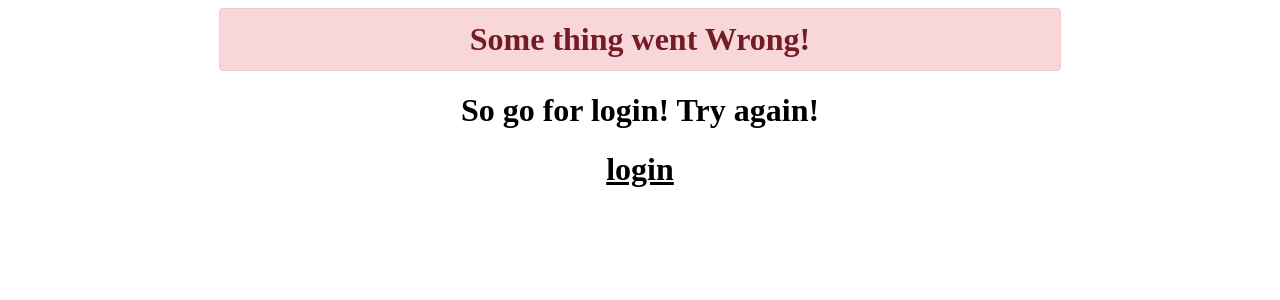
Repository: SavalaramRedkar/SupermarketManagementSystem-Java
Page: http://localhost/Supermarket_Management_System/error.jsp
The author's editor kept a copy of each file at every save. The page is drawn from the files as they stood at one save, then again after the next save.
The browser window is 1280 px wide. The pictures show the whole page.
The page is served by Tomcat 9. Other server files are loaded and not shown.

Above is the page before, as saved 2021-03-14 15:13:31.

### Supermarket Management System/WebContent/error.jsp
<%@page isErrorPage="true"%>
<!DOCTYPE html PUBLIC "-//W3C//DTD HTML 4.01 Transitional//EN" "http://www.w3.org/TR/html4/loose.dtd">
<html>
<style>
body {
	background-color: #fff;
}

h1 {
	color: black;
	text-align: center;
}

a {
	color: black;
}

.alert {
    position: relative;
    padding: .75rem 1.25rem;
    /* margin-bottom: 1rem; */
    margin: auto;
    border: 1px solid transparent;
    border-radius: .25rem;
    width: 800px;
}

.alert-danger {
    color: #721c24;
    background-color: #f8d7da;
    border-color: #f5c6cb;
}
</style>
<head>
<meta http-equiv="Content-Type" content="text/html; charset=ISO-8859-1">
<title>Error</title>
</head>
<body>
	<h1 class="alert alert-danger">Some thing went Wrong!</h1>
	<h1>So go for login! Try again!</h1>
	<h1>
		<a href="login.jsp">login</a>
	</h1>
</body>
</html>

After the next save:
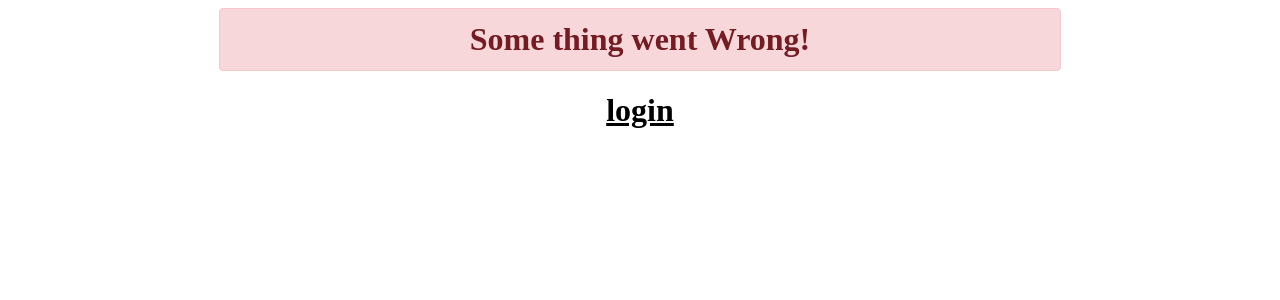
Saved 5 s later.
--- a/Supermarket Management System/WebContent/error.jsp
+++ b/Supermarket Management System/WebContent/error.jsp
@@ -37,7 +37,6 @@ a {
 </head>
 <body>
 	<h1 class="alert alert-danger">Some thing went Wrong!</h1>
-	<h1>So go for login! Try again!</h1>
 	<h1>
 		<a href="login.jsp">login</a>
 	</h1>
